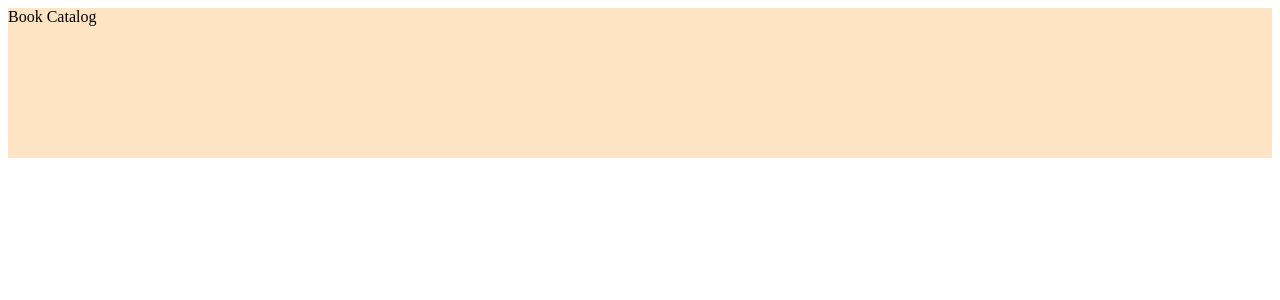
Repository: richelletiongson/comp3170_lab01
Page: /
These files come from the project's save history. The page is drawn as it stood at one moment and after the next save; the edit follows.
The browser window is 1280 px wide. The pictures show the whole page.
The project was rebuilt for these pictures with package versions that can differ from the ones it lists, and the page was loaded fresh each time. Also part of the build but not shown: vite.config.js.

Above is the page before, as saved 2025-09-13 22:42:48.

After the next save:
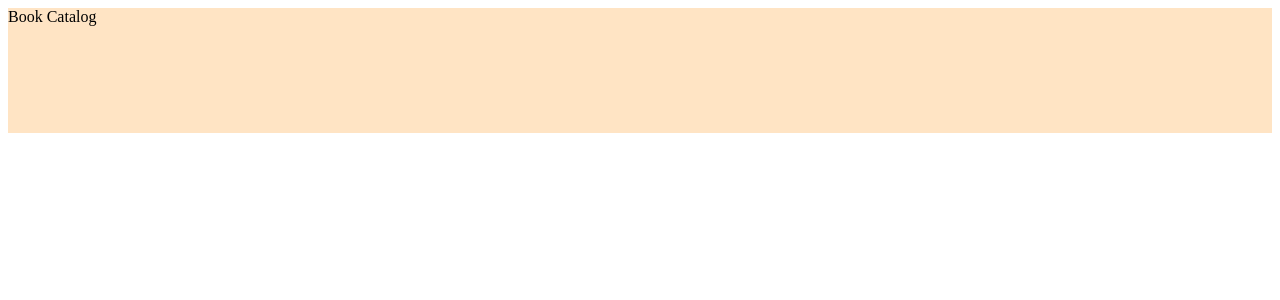
Saved 9 s later.
--- a/src/index.css
+++ b/src/index.css
@@ -1,4 +1,4 @@
 .header {
   background-color: bisque;
-  height: 150px;
+  height: 125px;
 }
